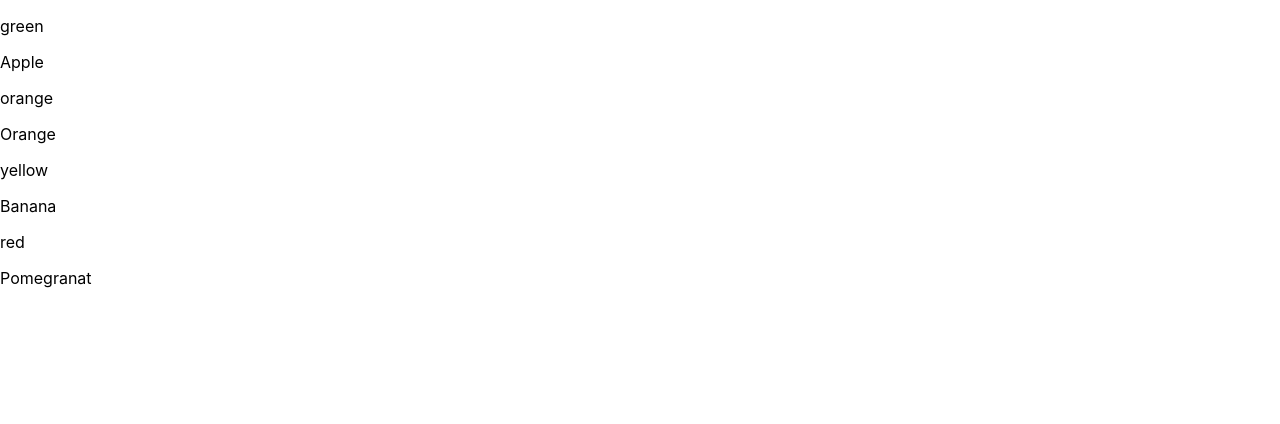
Repository: tatevkalashyan/homwork5-counter
Page: /
An editor plug-in stored every save of this project. The page is shown before and after a run of saves, followed by the edit.
The browser window is 1280 px wide. The pictures show the whole page.
The project was rebuilt for these pictures with package versions that can differ from the ones it lists, and the page was loaded fresh each time.

Above is the page before, as saved 2020-11-21 20:36:18.

### src/App.js
// import logo from './logo.svg';
// import './App.css';

// import Calc from './Calc/Calc'
import List from './List'

function App() {
  const colors = ['green', 'orange', 'yellow', 'red']
  return (
    // <Calc />
    <List colors={colors} />
  );
}

export default App;

### src/List.js
import React, { Component } from "react";

class List extends Component {
  constructor(props) {
    super(props);

    this.state = {
      value: ["Apple", "Orange", "Banana", "Pomegranat"],
    //   colors: ['green', 'orange', 'yellow', 'red'],
    };
  }

  render() {
    return (
      <div>
          {console.log(this.props)}
        {this.state.value.map((fruit, key) => {
          return (
            <div key={key}>
                <p>{this.props.colors[key]}</p>
                <p>{fruit}</p>
              {/* {`${this.state.colors[key]} ${fruit}`} */}
            </div>
          );
        })}
      </div>
    );
  }
}

export default List;

### src/Calc/Calc.js
import React, {Component} from 'react';
import './calc.css';

class  Calc extends Component {
    constructor () {
        super()
        this.handelClickPlus = this.handelClickPlus.bind(this)
        this.handelClickMin = this.handelClickMin.bind(this)
    }

    state= {
        count:0,
    }

     handelClickPlus () {
         this.setState({
             count: this.state.count+1
         })
    }

    handelClickMin () {
        this.setState({
            count: this.state.count-1
        })
   }

    render () {
        return (
            <div className="counter">
                <button onClick={this.handelClickMin}>-</button>
                <div className="number">{this.state.count}</div>
                <button onClick={this.handelClickPlus}>+</button>
            </div>
        )
    }
};


 export default Calc;

### src/Calc/calc.css
.counter {
    display: flex;
    width: 100%;
    justify-content: center;
    height: 100vh;
    align-items: center;
    background-color: #ccc;
}
.counter button{
    margin: 0 10px;
    width: 50px;
    height: 25px;
    background-color: #8BC34A;;
    color: white;
    font-size: 20px;
    border: 0;
    border-radius: 5px;
    outline: none;
}
.number {
    font-size: 40px;
    color: rgb(64 119 0);
    min-width: 100px;
    text-align: center;
    font-weight: 600;
    background-color: #ffffff;
    border-radius: 5px;
    padding: 0 5px;
}

Loaded but not shown: public/index.html (common file); src/index.js (common file); src/index.css (common file); src/reportWebVitals.js (common file)

After the next 4 saves:
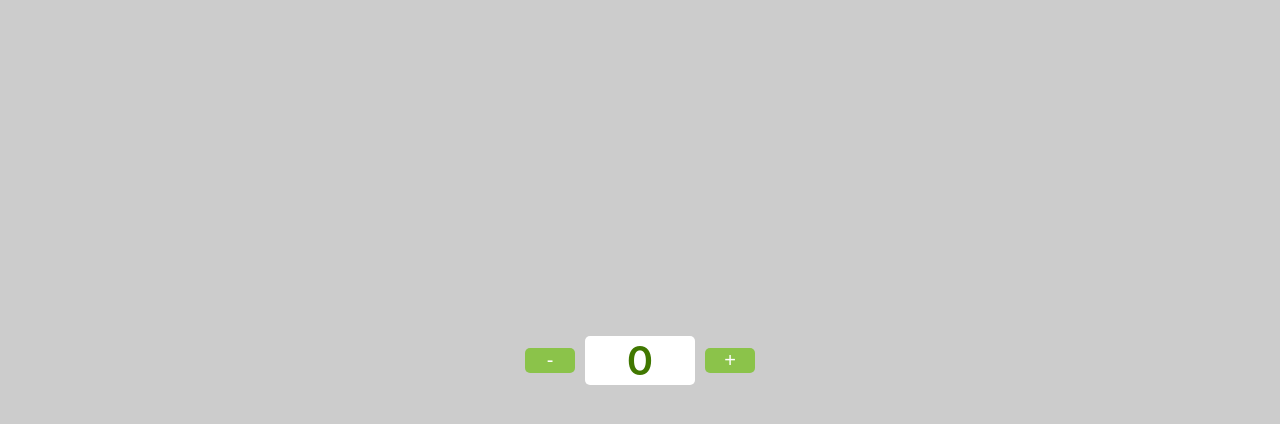
The 4 saves are shown as one change because 1 did not build or start and some came seconds apart.
The last was saved 8 min 42 s later.
--- a/src/App.js
+++ b/src/App.js
@@ -1,14 +1,14 @@
 // import logo from './logo.svg';
 // import './App.css';
 
-// import Calc from './Calc/Calc'
-import List from './List'
+import Calc from './Calc/Calc'
+// import List from './List'
 
 function App() {
   const colors = ['green', 'orange', 'yellow', 'red']
   return (
-    // <Calc />
-    <List colors={colors} />
+    <Calc />
+    // <List colors={colors} />
   );
 }
 
